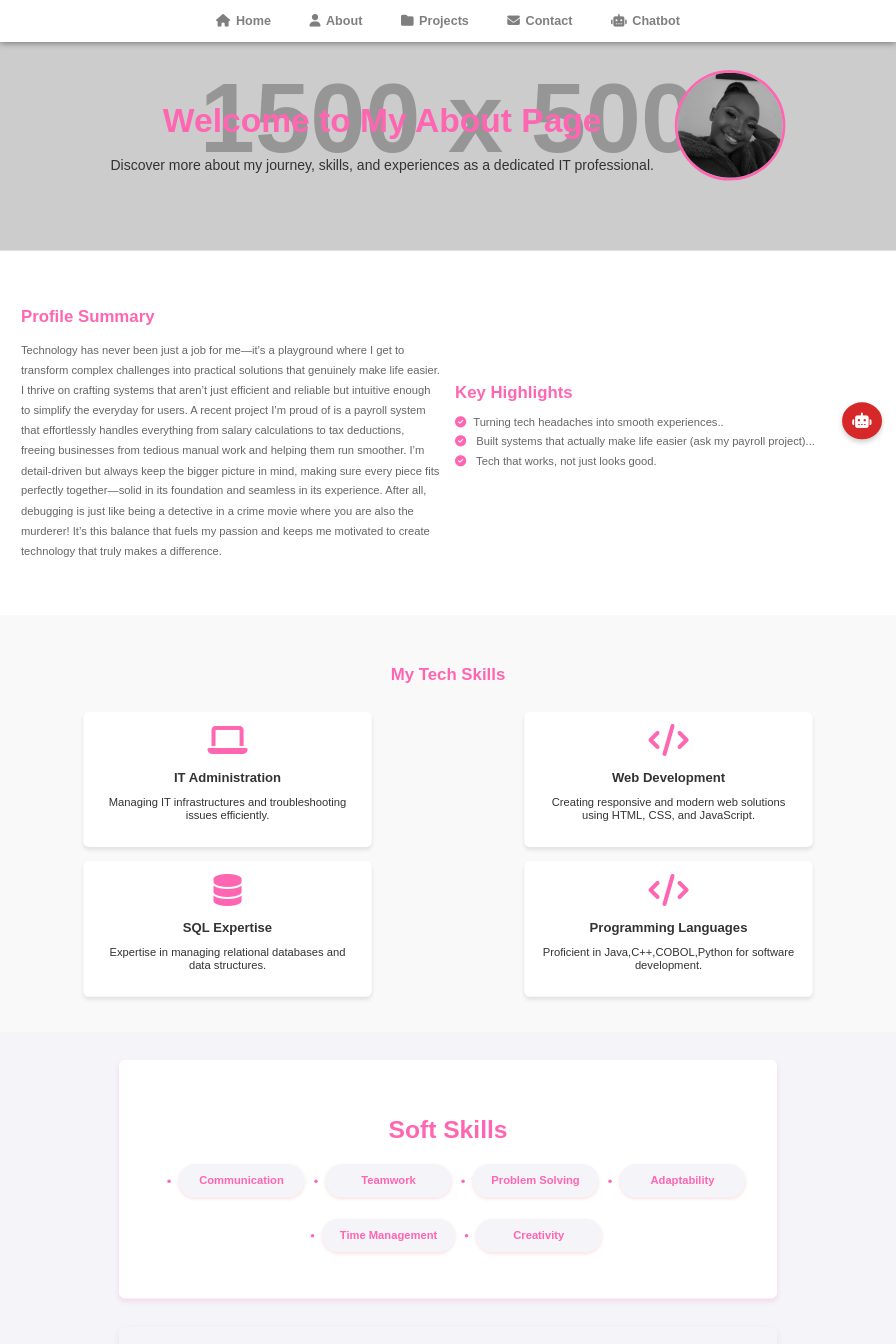
Repository: asandan8106/Asanda-sPortfolio
Page: Portfolio/About.html
These files come from the project's save history. The page is drawn as it stood at one moment and after the next save; the edit follows.
The browser window is 1280 px wide. The pictures show the part of the page from y = 0 to 1920 px (the page is 3830 px tall), at 70% of full size.

Above is the page before, as saved 2025-05-19 15:16:32.
Console error: ReferenceError: Typed is not defined

After the next save:
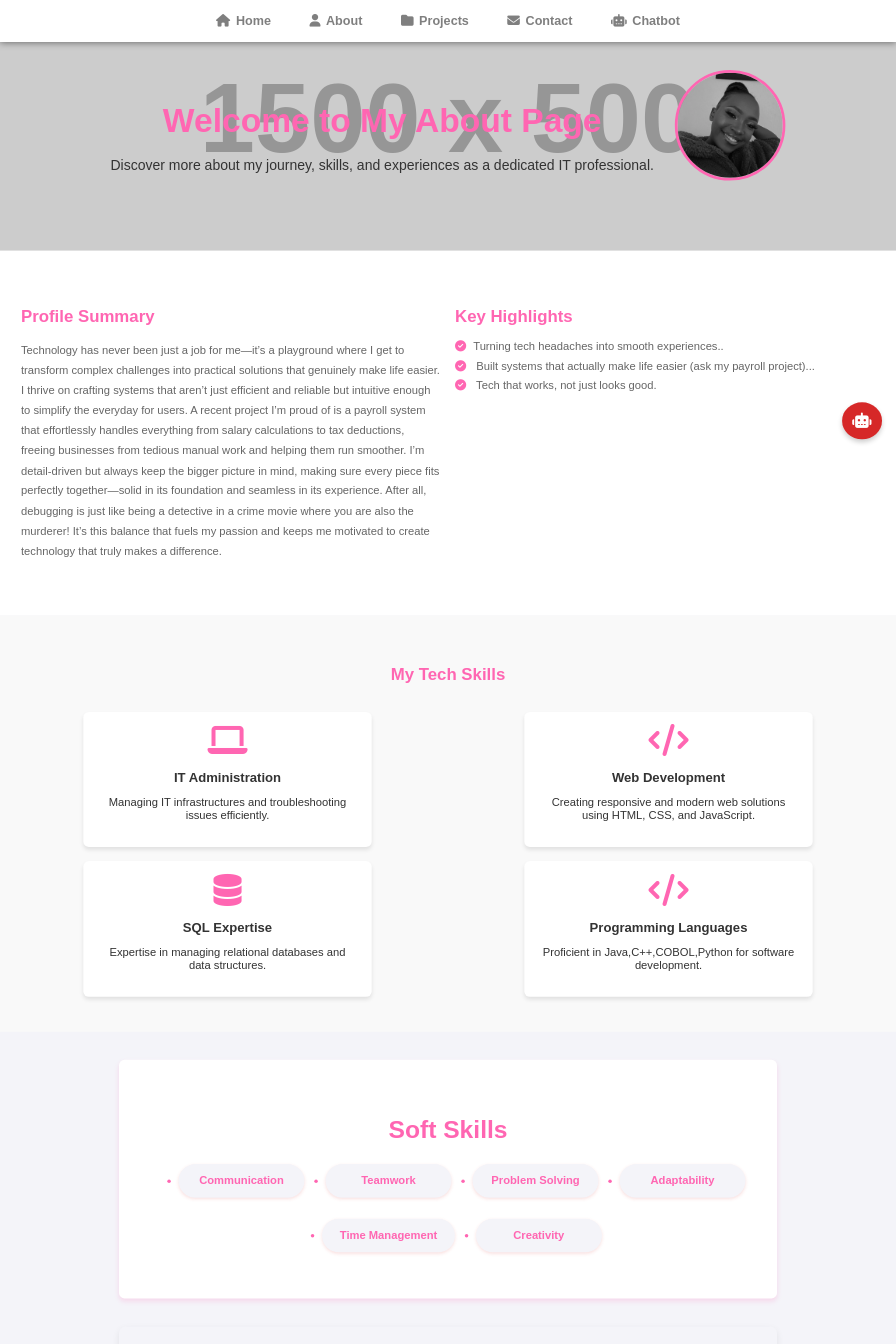
Saved 12 s later.
--- a/Portfolio/About.html
+++ b/Portfolio/About.html
@@ -49,7 +49,7 @@
             </p>
         </div>
         <div class="highlights">
-          <br><br><br><br><br><br>
+
             <h2>Key Highlights</h2>
             <ul>
                 <li><i class="fa fa-check-circle"></i>Turning tech headaches into smooth experiences..</li>
